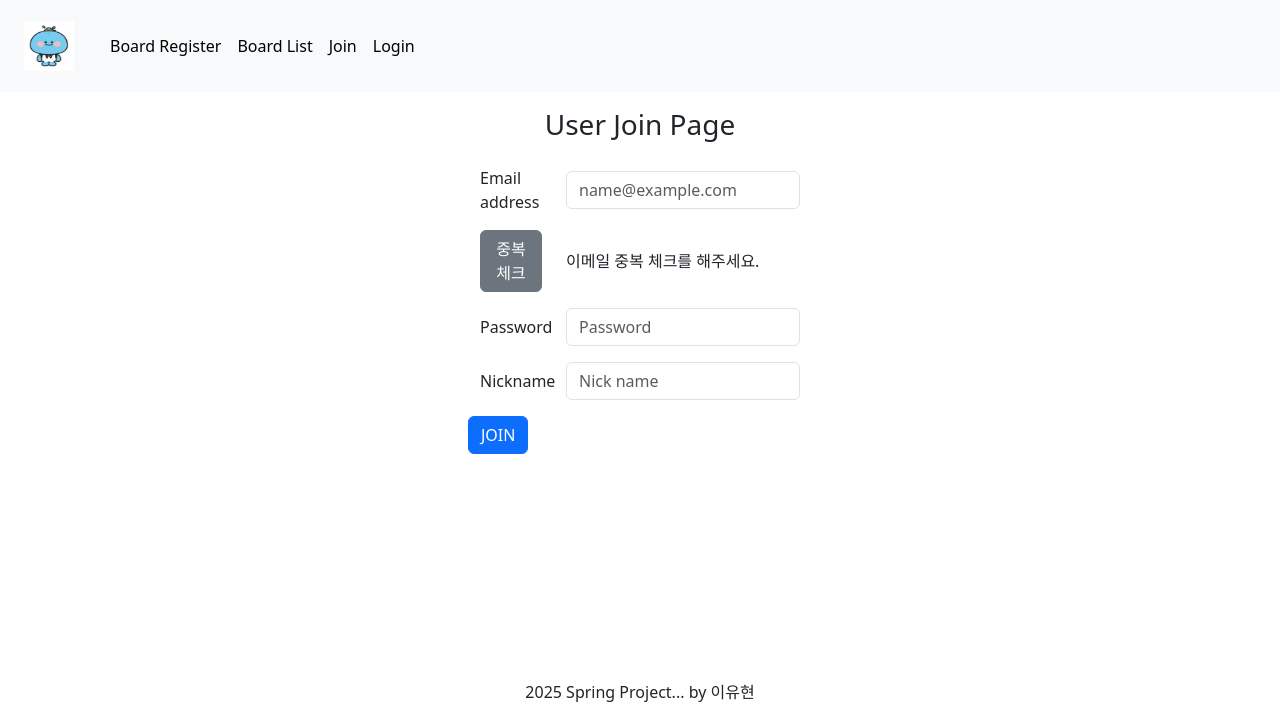
Repository: LeeYouHyeon/6.Spring
Page: http://localhost/spring_project/WEB-INF/views/user/register.jsp
These files come from the project's save history. The page is drawn as it stood at one moment and after the next save; the edit follows.
The browser window is 1280 px wide. The pictures show the whole page.
The page is served by Tomcat 9. Nobody is signed in. The template is opened directly, without the code that normally fills it, so the values that code supplies are empty.

Above is the page before, as saved 2025-06-10 06:37:34.

After the next save:
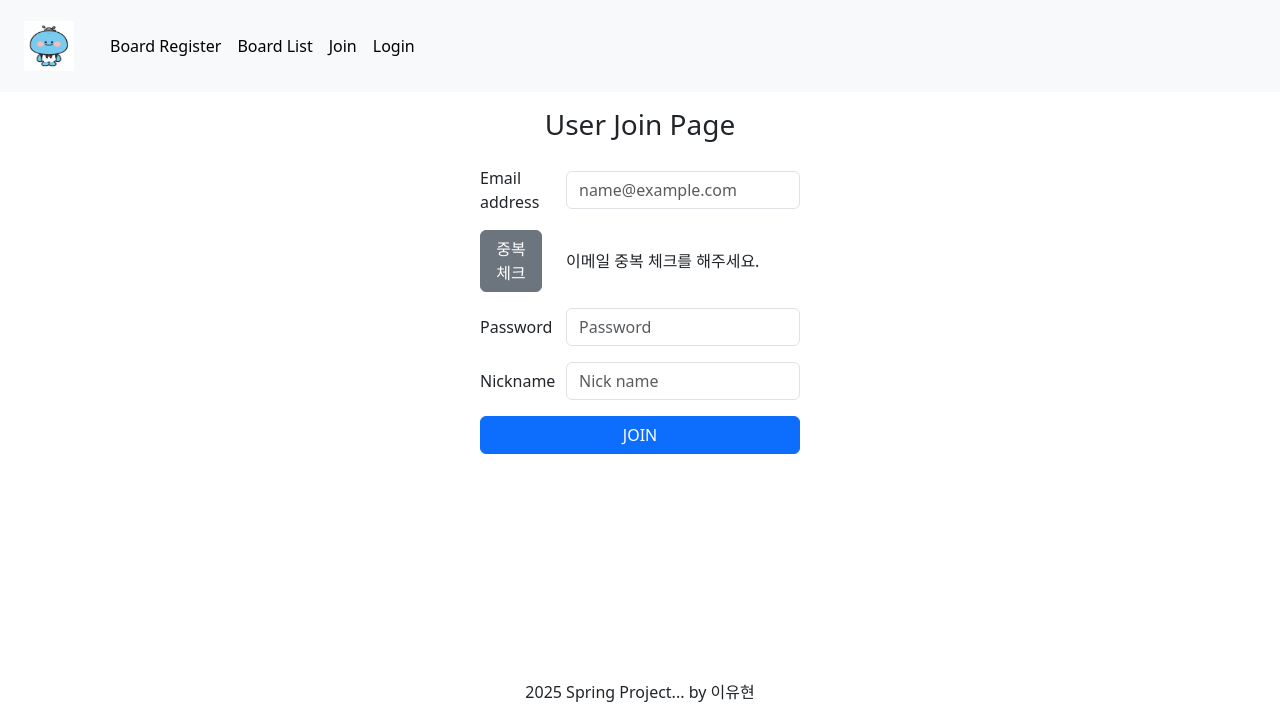
Saved 4 s later.
--- a/spring_project/src/main/webapp/WEB-INF/views/user/register.jsp
+++ b/spring_project/src/main/webapp/WEB-INF/views/user/register.jsp
@@ -43,7 +43,7 @@
 					placeholder="Nick name">
 			</div>
 		</div>
-		<button type="submit" class="btn btn-primary row">JOIN</button>
+		<button type="submit" class="btn btn-primary w-100">JOIN</button>
 	</form>
 </div>
 
